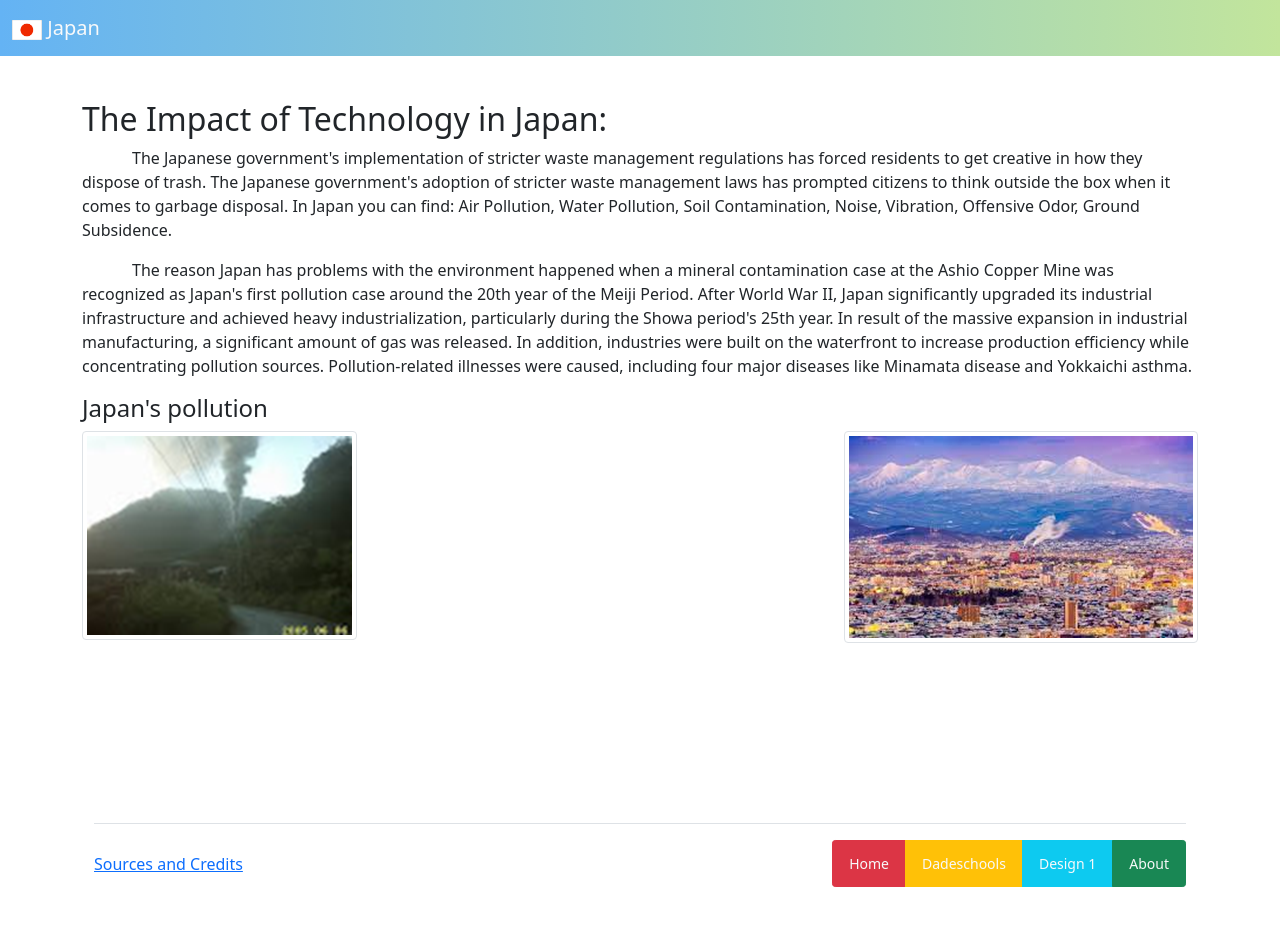
Repository: mrchilliballs/mrchilliballs.github.io
Page: untitled-2.html
These files come from the project's save history. The page is drawn as it stood at one moment and after the next save; the edit follows.
The browser window is 1280 px wide. The pictures show the whole page.

Above is the page before, as saved 2021-09-02 18:56:22.

### untitled-2.html
<!DOCTYPE html>
<html lang="en">
<head>
    <meta charset="UTF-8">
    <meta http-equiv="X-UA-Compatible" content="IE=edge">
    <!-- CSS only -->
<link href="https://cdn.jsdelivr.net/npm/bootstrap@5.1.0/dist/css/bootstrap.min.css" rel="stylesheet" integrity="sha384-KyZXEAg3QhqLMpG8r+8fhAXLRk2vvoC2f3B09zVXn8CA5QIVfZOJ3BCsw2P0p/We" crossorigin="anonymous">
    <meta name="viewport" content="width=device-width, initial-scale=1.0">
    <title>Document</title>
    <style>
@keyframes AnimationName {
    0%{background-position:0% 50%}
    50%{background-position:100% 50%}
    100%{background-position:0% 50%}
}
#navabr {
    animation: AnimationName 1s ease infinite !important;
    background: #c2e59c;  /* fallback for old browsers */
    background: -webkit-linear-gradient(to right, #64b3f4, #c2e59c);  /* Chrome 10-25, Safari 5.1-6 */
    background: linear-gradient(to right, #64b3f4, #c2e59c); /* W3C, IE 10+/ Edge, Firefox 16+, Chrome 26+, Opera 12+, Safari 7+ */
}
    </style>
</head>
<body>
    <nav class="navbar navbar-light bg-light fixed-top" id="navabr">
        <div class="container-fluid">
          <a class="navbar-brand" href="#">
            <img src="japan.gif" alt="" width="30" height="20 class="d-inline-block align-text-top">
            <span class="text-light">Japan</span>
          </a>
        </div>
      </nav>
    <main class="container">
<h2 style="margin-top: 100px;">The Impact of Technology in Japan:</h2>
	<p style="text-indent: 50px;">The Japanese government's implementation of stricter waste management regulations has forced residents to get creative in how they dispose of trash. The Japanese government's adoption of stricter waste management laws has prompted citizens to think outside the box when it comes to garbage disposal. In Japan you can find: Air Pollution, Water Pollution, Soil Contamination, Noise, Vibration, Offensive Odor, Ground Subsidence.
	<br></p><p style="text-indent: 50px;">The reason Japan has problems with the environment happened when a mineral contamination case at the Ashio Copper Mine was recognized as Japan's first pollution case around the 20th year of the Meiji Period. After World War II, Japan significantly upgraded its industrial infrastructure and achieved heavy industrialization, particularly during the Showa period's 25th year. In result of the massive expansion in industrial manufacturing, a significant amount of gas was released. In addition, industries were built on the waterfront to increase production efficiency while concentrating pollution sources. Pollution-related illnesses were caused, including four major diseases like Minamata disease and Yokkaichi asthma.
    </p>
    <h4>Japan's pollution</h4>
    <img src="Picture3.png" class="rounded float-start img-thumbnail img-fluid" alt="...">
    <img src="Picture4.png" class="rounded float-end img-thumbnail img-fluid" alt="...">
    <div style="margin-bottom: 25rem;"></div>
        <div class="container">
            <footer class="d-flex flex-wrap justify-content-between align-items-center py-3 my-4 border-top" style="">
              <div class="dropdown">
                <a class="" href="#" role="button" id="dropdownMenuLink" data-bs-toggle="dropdown" aria-expanded="false">
                  Sources and Credits
                </a>

                <ul class="dropdown-menu" aria-labelledby="dropdownMenuLink">
                  <li><a class="dropdown-item" href="https://www.world-weather-travellers-guide.com/air-pollution-in-japan.htm">Source 1</a></li>
                  <li><a class="dropdown-item" href="https://www.nytimes.com/1964/12/26/archives/tokyo-troubled-by-air-pollution-emphasis-in-smog-control-is-still.html">Source 2</a></li>
                  <li><a class="dropdown-item" href="https://creativecommons.org/licenses/by-nc/2.0/s">Source 3</a></li>
                  <li><a class="dropdown-item" href="https://encyclopedia.1914-1918 online.net/article/science_and_technology_japan ">Source 4</a></li>
                  <li><a class="dropdown-item" href="https://en.wikipedia.org/wiki/Tokyo">Source 5</a></li>
                  <li><a class="dropdown-item" href="https://en.wikipedia.org/wiki/Meiji_Restoration ">Source 6</a></li>
                </ul>
              </div>
              <a href="/" class="col-md-4 d-flex align-items-center justify-content-center mb-3 mb-md-0 me-md-auto link-dark text-decoration-none">
                <svg class="bi me-2" width="40" height="32"><use xlink:href="#bootstrap"></use></svg>
              </a>

              <ul class="nav col-md-4 justify-content-end">
                <div class="btn-group" role="group" aria-label="Basic mixed styles example">
                    <button type="button" class="btn btn-danger btn-sm"><li class="nav-item"><a href="#" class="nav-link px-2 text-light">Home</a></li></button>
                    <button type="button" class="btn btn-warning btn-sm"><li class="nav-item"><a href="https://www3.dadeschools.net" class="nav-link px-2 text-light">Dadeschools</a></li></button>
                    <button type="button" class="btn btn-info btn-sm"><li class="nav-item"><a href="index.html" class="nav-link px-2 text-light">Design 1</a></li></button>
                    <button type="button" class="btn btn-success btn-sm"><li class="nav-item"><a class="nav-link px-2 text-light" href="#" role="button" id="dropdownMenuLink" data-bs-toggle="dropdown" aria-expanded="false">About</a><ul class="dropdown-menu" aria-labelledby="dropdownMenuLink1">
                      <li class="dropdown-item">We made this website using the program language "HTML". It took us a lot of work and we hope we get a good grade on this because we did our best on this website.</li>
                    </ul></li>
                    </button>
                  </div>
              </ul>
            </footer>
          </div>
          <!-- JavaScript Bundle with Popper -->
<script src="https://cdn.jsdelivr.net/npm/bootstrap@5.1.0/dist/js/bootstrap.bundle.min.js" integrity="sha384-U1DAWAznBHeqEIlVSCgzq+c9gqGAJn5c/t99JyeKa9xxaYpSvHU5awsuZVVFIhvj" crossorigin="anonymous"></script>
    </main>
</body>
</html>

After the next save:
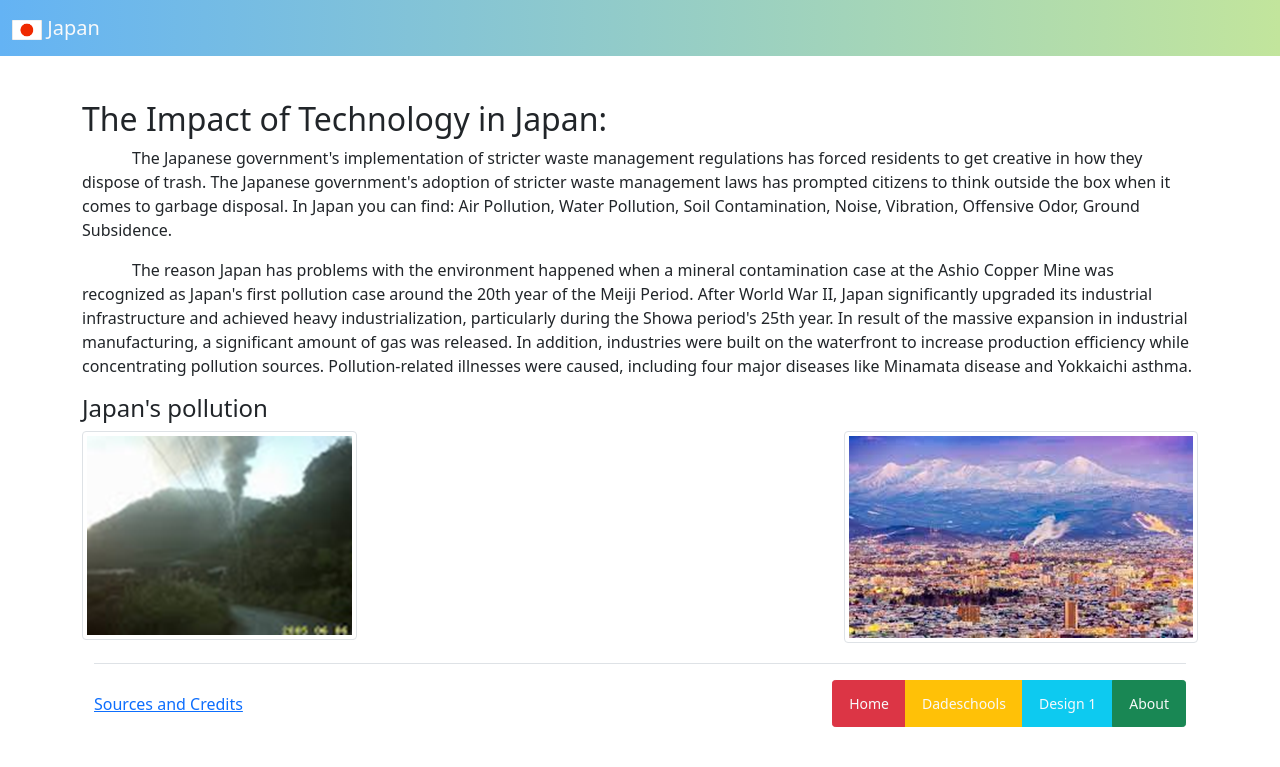
Saved 6 s later.
--- a/untitled-2.html
+++ b/untitled-2.html
@@ -38,7 +38,7 @@
     <h4>Japan's pollution</h4>
     <img src="Picture3.png" class="rounded float-start img-thumbnail img-fluid" alt="...">
     <img src="Picture4.png" class="rounded float-end img-thumbnail img-fluid" alt="...">
-    <div style="margin-bottom: 25rem;"></div>
+    <div style="margin-bottom: 15rem;"></div>
         <div class="container">
             <footer class="d-flex flex-wrap justify-content-between align-items-center py-3 my-4 border-top" style="">
               <div class="dropdown">
